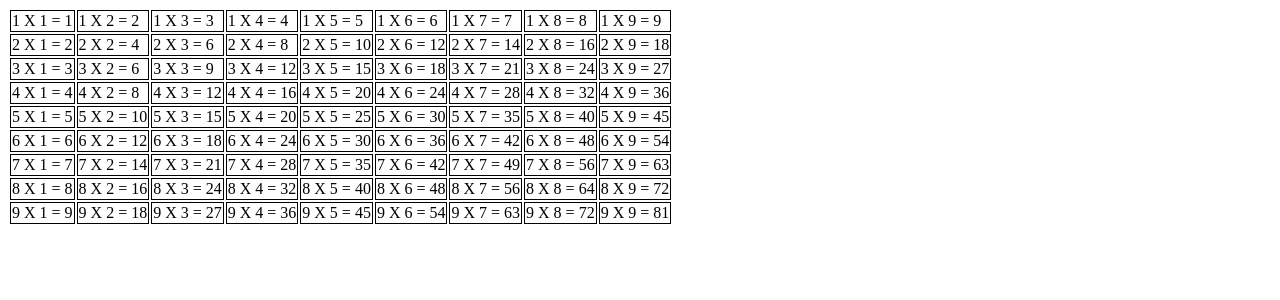
Repository: dhwngjs01/3-1_Spring_Server_Programming
Page: http://localhost/20230314_1to10/gugudan
An editor plug-in stored every save of this project. The page is shown before and after the next save, followed by the edit.
The browser window is 1280 px wide. The pictures show the whole page.
The page is served by Tomcat 9.

Above is the page before, as saved 2023-03-14 05:43:14.

After the next save:
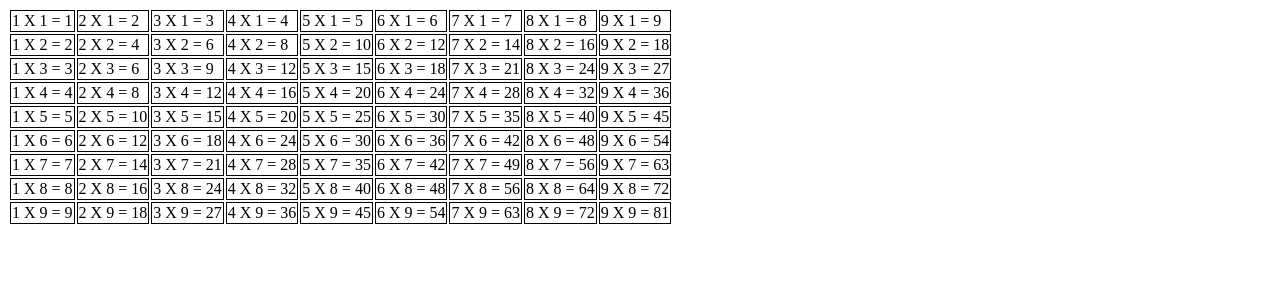
Saved 13 s later.
--- a/20230314_1to10/src/main/webapp/WEB-INF/views/gugudan.jsp
+++ b/20230314_1to10/src/main/webapp/WEB-INF/views/gugudan.jsp
@@ -10,7 +10,7 @@
 			<% for(int i = 1; i <= 9; i++){ %>
 			<tr>
 				<% for(int j = 1; j <= 9; j++){ %>
-				<td style="border:1px solid black"><%= i %> X <%= j %> = <%= i*j %></td>
+				<td style="border:1px solid black"><%= j %> X <%= i %> = <%= i*j %></td>
 				<% } %>
 			</tr>
 			<% } %>
